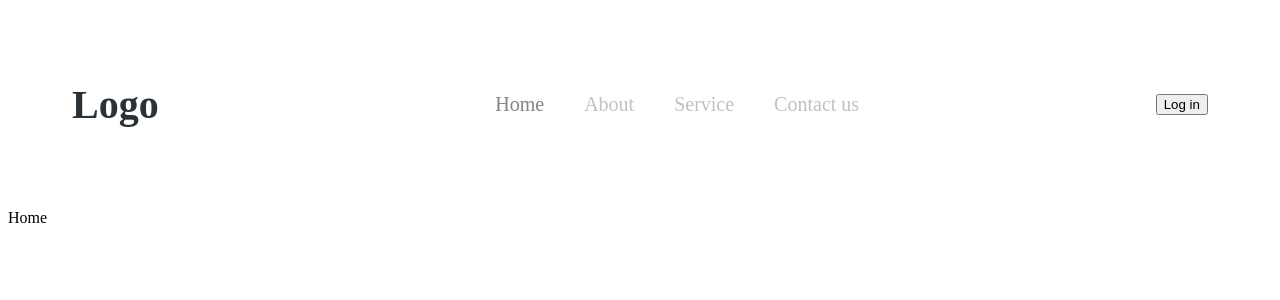
Repository: rehamtaher10/thirdReactTask
Page: /
The author's editor kept a copy of each file at every save. The page is drawn from the files as they stood at one save, then again after the next save.
The browser window is 1280 px wide. The pictures show the whole page.
The project was rebuilt for these pictures with package versions that can differ from the ones it lists, and the page was loaded fresh each time. Also part of the build but not shown: vite.config.js, src/components/AboutPage/About.jsx, src/components/ContactUsPage/ContactUs.jsx, src/components/ServicePage/Service.jsx.

Above is the page before, as saved 2024-11-27 22:15:20.

After the next save:
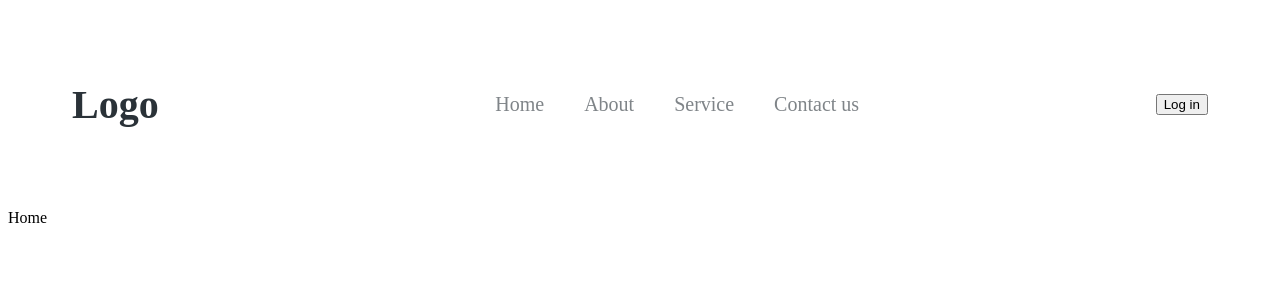
Saved 7 s later.
--- a/src/style/navBar.css
+++ b/src/style/navBar.css
@@ -20,7 +20,6 @@
 .navbar a {
     text-decoration: none;
     color: #2A323899;
-    opacity: .5;
 }
  a.active{
     opacity: 1;
